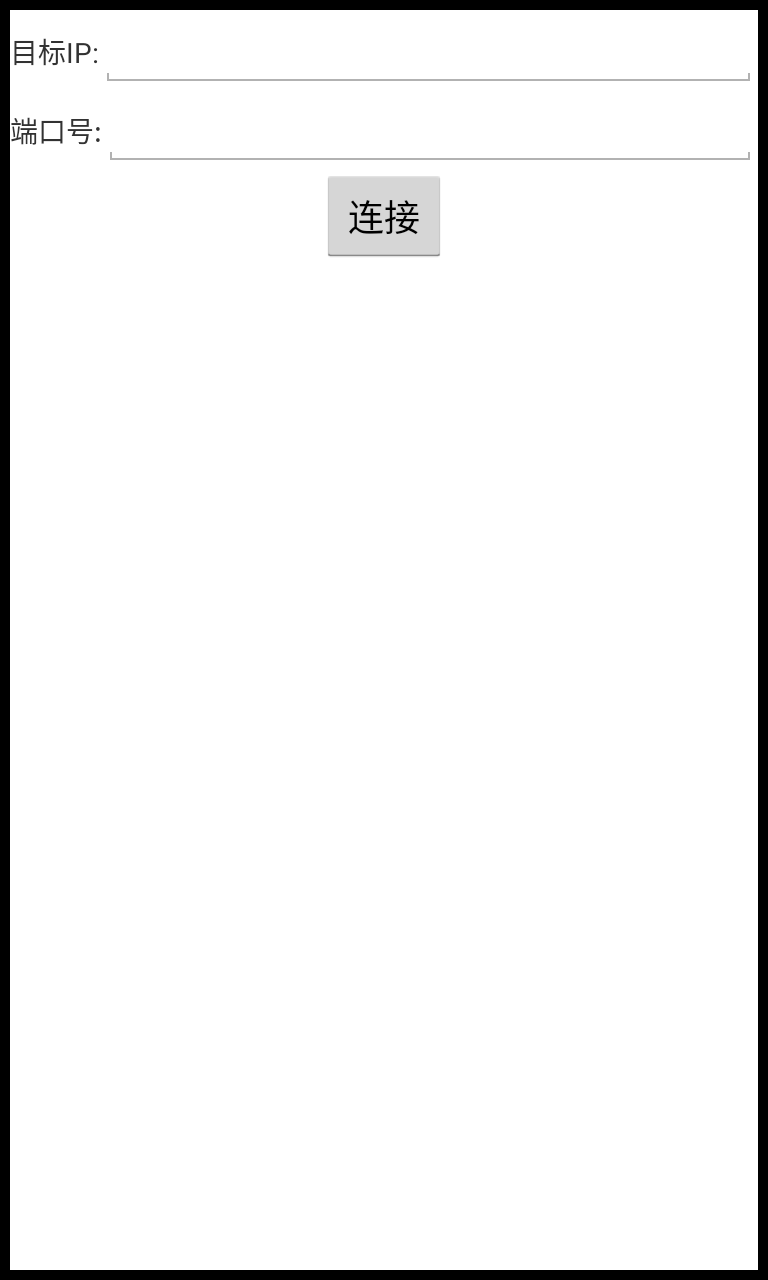
Repository: Ollyder/eclipse_work
Layout: WIFI_PM2.5(UI)/res/layout/activity_main.xml
These files come from the project's save history. The layout is drawn as it stood at one moment and after the next save; the edit follows.
It is drawn on a 768 x 1280 px phone screen (xhdpi) without system bars, with theme AppTheme; the app's code is not run.

Above is the layout before, as saved 2017-05-27 03:43:19.

After the next save:
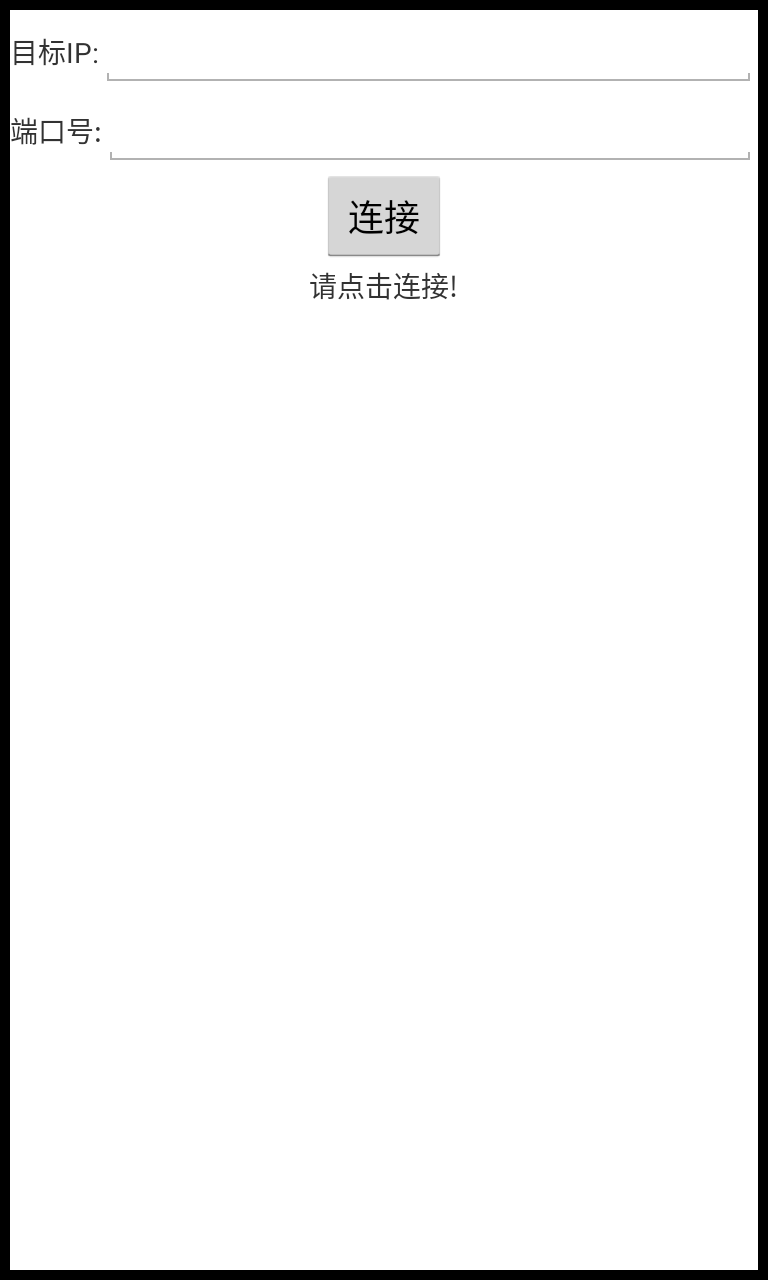
Saved 98 s later.
--- a/WIFI_PM2.5(UI)/res/layout/activity_main.xml
+++ b/WIFI_PM2.5(UI)/res/layout/activity_main.xml
@@ -59,6 +59,12 @@
 		    android:layout_gravity="center"
 		    android:text="连接"/>
 
+		<TextView
+		    android:id="@+id/text_view3"
+		    android:layout_width="wrap_content"
+		    android:layout_height="wrap_content"
+		    android:layout_gravity="center"
+		    android:text="请点击连接!"/>
     </LinearLayout>
 
 
